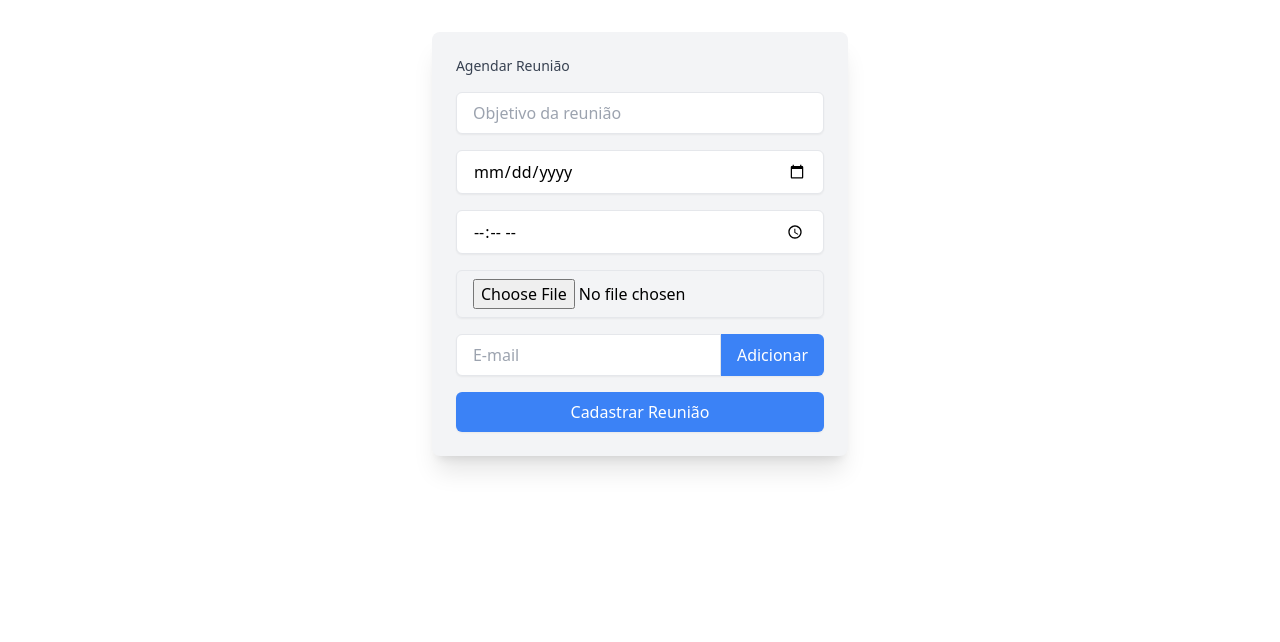
Repository: TamiBeira/meeting
Page: /
These files come from the project's save history. The page is drawn as it stood at one moment and after the next save; the edit follows.
The browser window is 1280 px wide. The pictures show the whole page.
The project was rebuilt for these pictures with package versions that can differ from the ones it lists, and the page was loaded fresh each time. Also part of the build but not shown: vite.config.ts.

Above is the page before, as saved 2024-02-26 16:45:30.

After the next save:
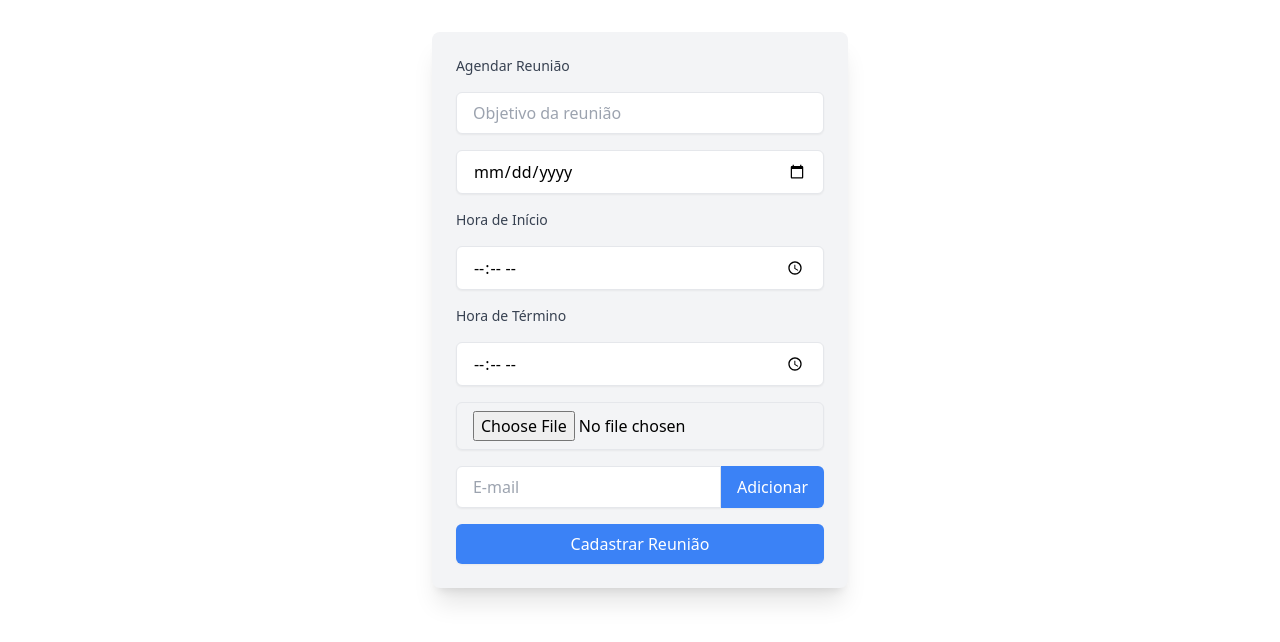
Saved 5 min 57 s later.
--- a/src/components/Form.tsx
+++ b/src/components/Form.tsx
@@ -1,10 +1,12 @@
+import React from 'react';
 import { useFormContext } from "../contexts/FormContext";
 import { ToastContainer } from 'react-toastify';
 
 export const Form = () => {
   const {
     data,
-    hora,
+    horaInicio,
+    horaFim,
     imagem,
     title,
     emails,
@@ -12,7 +14,8 @@ export const Form = () => {
     handleDataChange,
     handleImagemChange,
     handleTitleChange,
-    handleHoraChange,
+    handleHoraInicioChange,
+    handleHoraFimChange,
     handleEmailInputChange,
     handleAddEmail,
     handleSubmit,
@@ -39,12 +42,22 @@ export const Form = () => {
             onChange={handleDataChange}
             className="block w-full px-4 py-2 border rounded-md shadow-sm focus:outline-none focus:ring-blue-500 focus:border-blue-500"
           />
+          <label htmlFor="horaInicio" className="block text-sm font-medium text-gray-700">Hora de Início</label>
           <input
             type="time"
-            name="hora"
-            id="hora"
-            value={hora}
-            onChange={handleHoraChange}
+            name="horaInicio"
+            id="horaInicio"
+            value={horaInicio}
+            onChange={handleHoraInicioChange}
+            className="block w-full px-4 py-2 border rounded-md shadow-sm focus:outline-none focus:ring-blue-500 focus:border-blue-500"
+          />
+          <label htmlFor="horaFim" className="block text-sm font-medium text-gray-700">Hora de Término</label>
+          <input
+            type="time"
+            name="horaFim"
+            id="horaFim"
+            value={horaFim}
+            onChange={handleHoraFimChange}
             className="block w-full px-4 py-2 border rounded-md shadow-sm focus:outline-none focus:ring-blue-500 focus:border-blue-500"
           />
           <input
